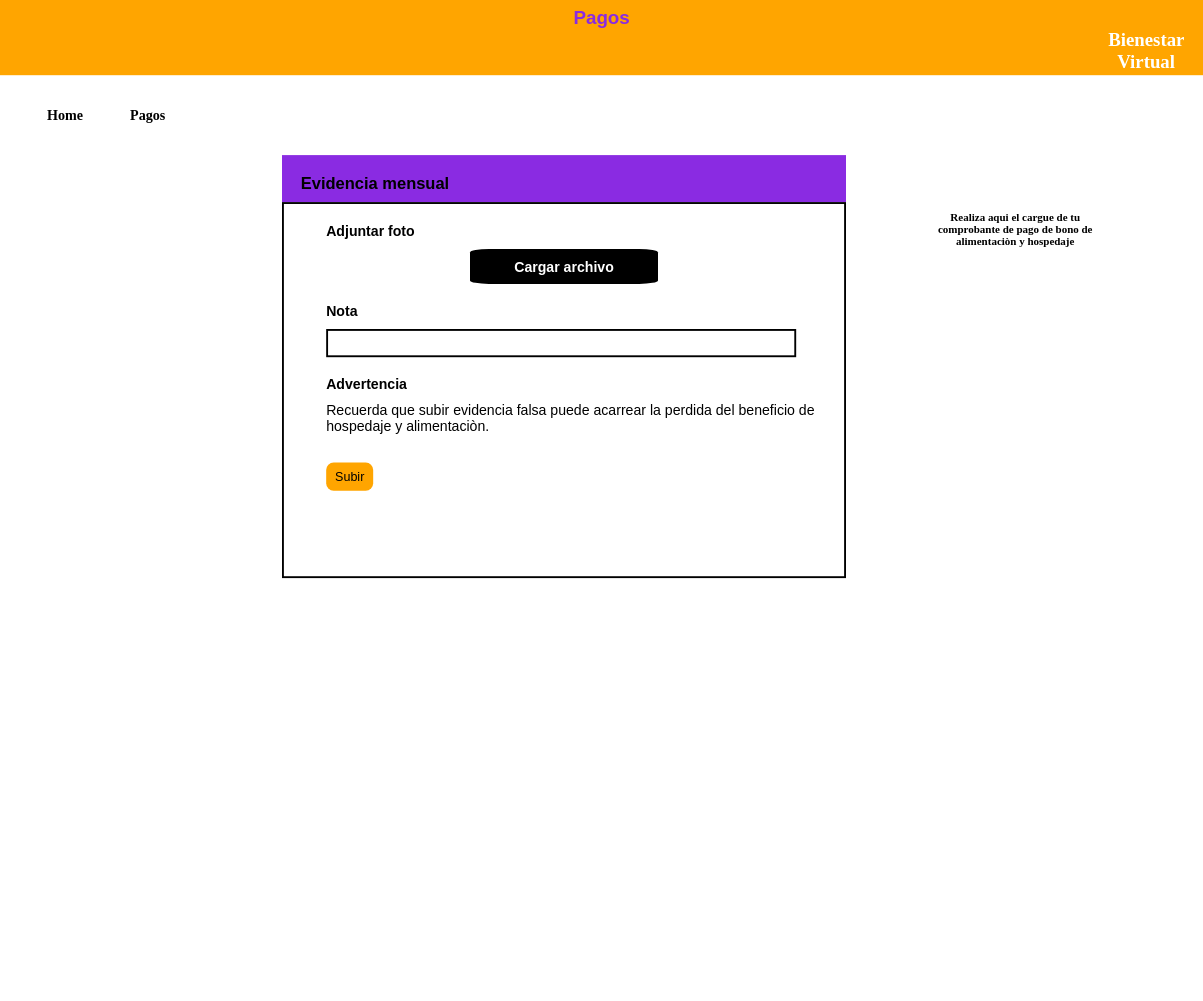
Repository: Diani123/Mis-actividades
Page: softwarebienestarinstitucional/pagos.html
An editor plug-in stored every save of this project. The page is shown before and after the next save, followed by the edit.
The browser window is 1280 px wide. The pictures show the whole page, at 94% of full size.

Above is the page before, as saved 2023-02-12 20:34:13.

After the next save:
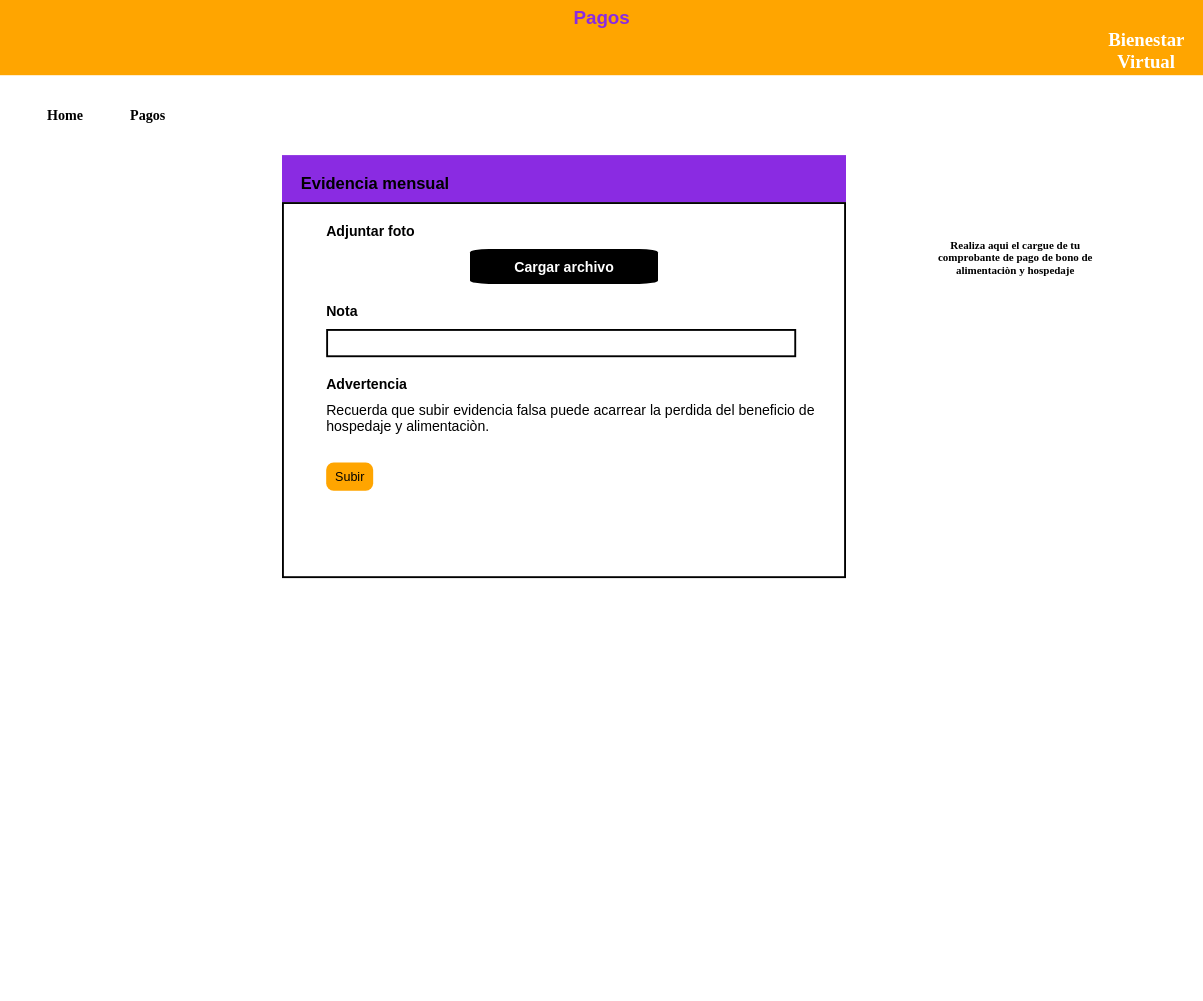
Saved 20 s later.
--- a/softwarebienestarinstitucional/pagos.css
+++ b/softwarebienestarinstitucional/pagos.css
@@ -153,7 +153,7 @@ body {
 }
 .contenedor2{
   margin-left: 70px;
-  margin-top: 60px;
+  margin-top: 90px;
   width: 200px;
   height: 50px;
   padding-left: 20px;
